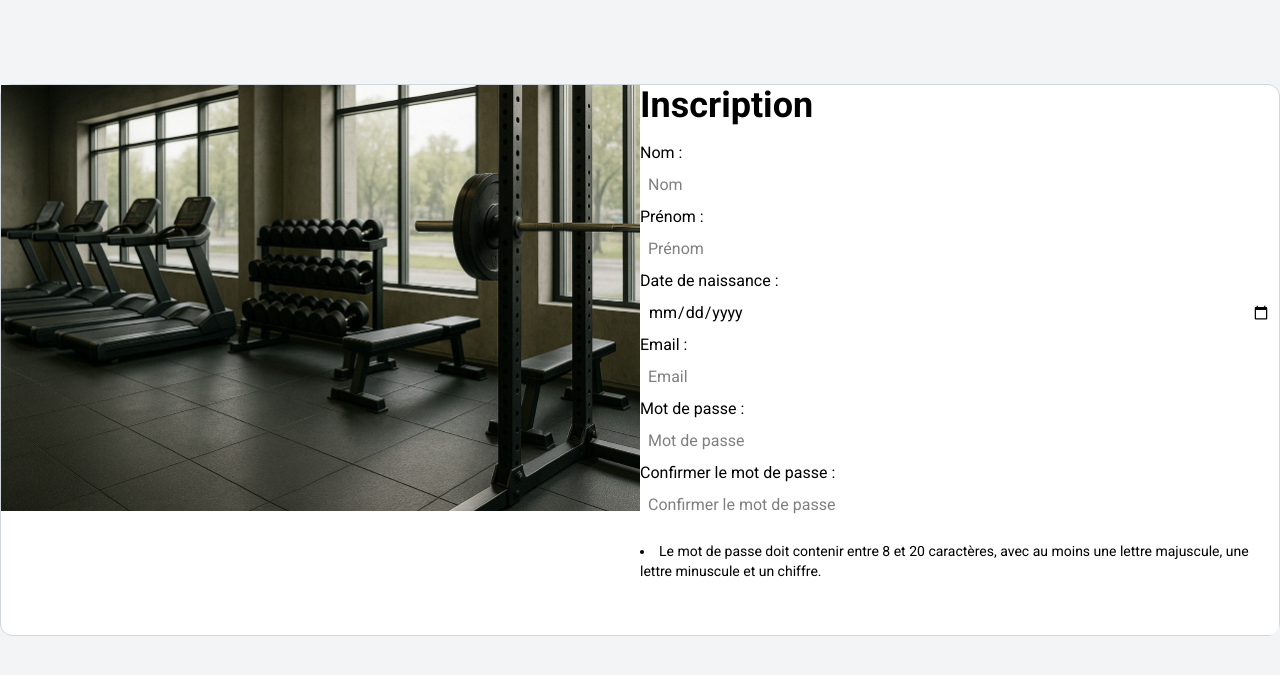
Repository: fahchouchsm/clubSportifWeb
Page: src/pages/inscription.html
These files come from the project's save history. The page is drawn as it stood at one moment and after the next save; the edit follows.
The browser window is 1280 px wide. The pictures show the whole page.

Above is the page before, as saved 2025-04-17 19:08:33.

### src/pages/inscription.html
<!doctype html>
<html lang="en">
  <head>
    <meta charset="UTF-8" />
    <meta name="viewport" content="width=device-width, initial-scale=1.0" />
    <link href="../css/output.css" rel="stylesheet" />
    <link rel="stylesheet" href="../css/main.css" />
    <link rel="stylesheet" href="../css/style.css" />
    <title>Inscription</title>
  </head>
  <body>
    <div
      class="flex h-screen w-screen items-center justify-center bg-gray-100 px-24"
    >
      <main
        class="mx-auto flex rounded-xl border border-gray-300 bg-white shadow-lg shadow-gray-400"
      >
        <img
          src="../../public/imgs/salleInterieur.jpeg"
          class="h-full w-1/2 rounded-s-lg object-cover"
          alt=""
        />
        <form
          action="../php/inscription.php"
          method="post"
          class="flex w-1/2 flex-col gap-4 px-8 pt-8"
        >
          <h1 class="text-4xl font-bold">Inscription</h1>
          <!-- inputs -->
          <div class="grid w-full grid-cols-2 gap-4">
            <!-- Nom -->
            <div>
              <label for="nom">Nom :</label>
              <input
                class="input-style"
                type="text"
                name="nom"
                id="nom"
                placeholder="Nom"
                pattern="[a-zA-Z ]{3,30}"
                required
              />
            </div>
            <!-- Prenom -->
            <div>
              <label for="prenom">Prénom :</label>
              <input
                type="text"
                class="input-style"
                name="prenom"
                placeholder="Prénom"
                pattern="[a-zA-Z ]{3,30}"
                id="prenom"
                required
              />
            </div>
            <!-- Date de naissance -->
            <div class="col-span-2">
              <label for="date_naissance">Date de naissance :</label>
              <input
                type="date"
                class="input-style"
                name="date_naissance"
                id="date_naissance"
                required
              />
            </div>
            <!-- Email -->
            <div class="col-span-2">
              <label for="email">Email :</label>
              <input
                type="email"
                class="input-style"
                name="email"
                placeholder="Email"
                pattern="[a-zA-Z0-9._%+-]+@[a-zA-Z0-9.-]+\.[a-zA-Z]{2,}"
                id="email"
                required
              />
            </div>
            <!-- Mot de passe -->
            <div>
              <label for="pass">Mot de passe :</label>
              <input
                class="input-style"
                type="password"
                name="motdepasse"
                id="pass"
                placeholder="Mot de passe"
                pattern="^(?=.*[a-z])(?=.*[A-Z])(?=.*\d).{8,20}$"
                required
              />
            </div>
            <!-- Confirmer Mot de passe -->
            <div>
              <label for="confPass">Confirmer le mot de passe :</label>
              <input
                type="password"
                class="input-style"
                placeholder="Confirmer le mot de passe"
                pattern="^(?=.*[a-z])(?=.*[A-Z])(?=.*\d).{8,20}$"
                id="confPass"
                required
              />
            </div>
          </div>
          <span class="text-sm text-gray-500">
            <li>
              Le mot de passe doit contenir entre 8 et 20 caractères, avec au
              moins une lettre majuscule, une lettre minuscule et un chiffre.
            </li>
          </span>
          <span class="text-sm text-red-500" id="passwordError"
            >Les mots de passe ne correspondent pas.</span
          >
          <button
            type="submit"
            class="ml-auto rounded bg-gray-500 px-4 py-2 text-white"
          >
            S'inscrire
          </button>
        </form>
      </main>
    </div>
    <script>
      document.addEventListener("DOMContentLoaded", () => {
        const form = document.querySelector("form");
        const passInput = document.getElementById("pass");
        const confPassInput = document.getElementById("confPass");
        const errorSpan = document.getElementById("passwordError");

        errorSpan.style.display = "none";

        form.addEventListener("submit", (e) => {
          if (passInput.value !== confPassInput.value) {
            e.preventDefault();
            errorSpan.style.display = "inline";
          } else {
            errorSpan.style.display = "none";
          }
        });
      });
    </script>
    <script src="../js/style.js"></script>
  </body>
</html>

### src/css/main.css
@import url("https://fonts.googleapis.com/css2?family=Roboto:wght@400;700&display=swap");

body {
  font-family: "Roboto", sans-serif;
}

### src/css/style.css
/* styles.css */
.input-style {
  @apply block w-full rounded-lg border-2 border-gray-300 p-2 focus:border-blue-500 focus:outline-none;
}

Loaded but not shown: src/js/style.js (39 lines, source omitted); src/css/output.css (1058 lines, source omitted)

After the next save:
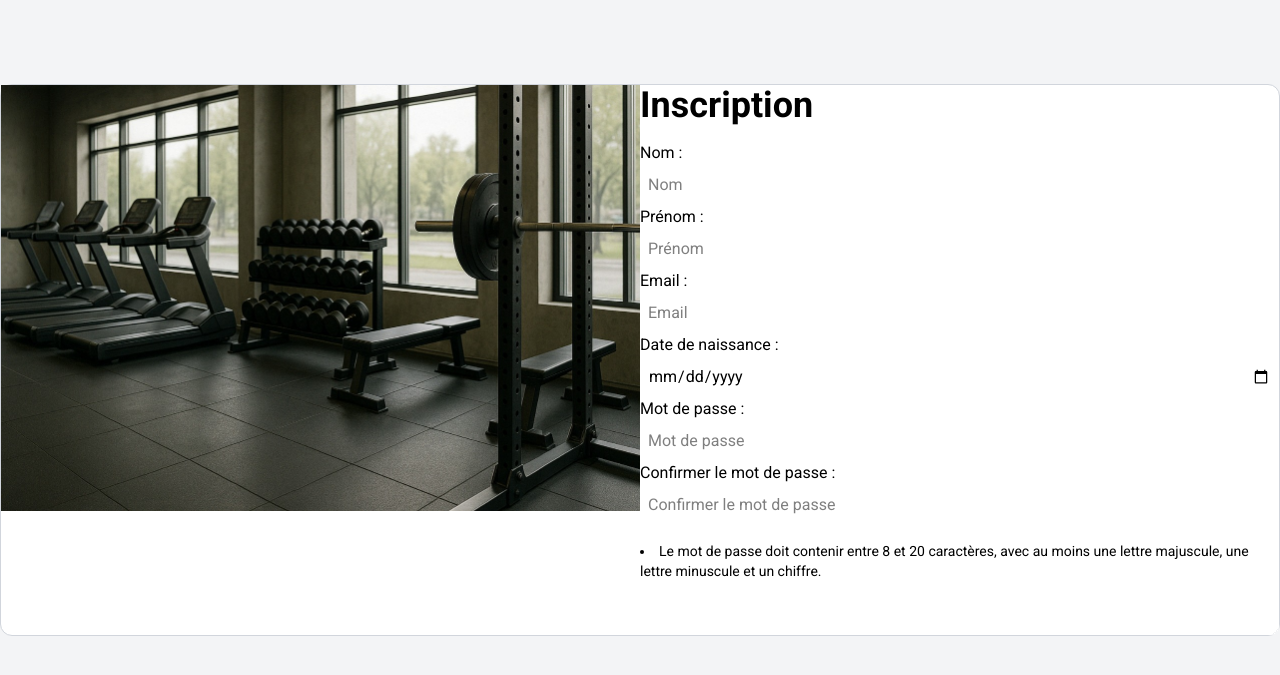
Saved 27 s later.
--- a/src/pages/inscription.html
+++ b/src/pages/inscription.html
@@ -54,17 +54,6 @@
                 required
               />
             </div>
-            <!-- Date de naissance -->
-            <div class="col-span-2">
-              <label for="date_naissance">Date de naissance :</label>
-              <input
-                type="date"
-                class="input-style"
-                name="date_naissance"
-                id="date_naissance"
-                required
-              />
-            </div>
             <!-- Email -->
             <div class="col-span-2">
               <label for="email">Email :</label>
@@ -75,6 +64,17 @@
                 placeholder="Email"
                 pattern="[a-zA-Z0-9._%+-]+@[a-zA-Z0-9.-]+\.[a-zA-Z]{2,}"
                 id="email"
+                required
+              />
+            </div>
+            <!-- Date de naissance -->
+            <div class="col-span-2">
+              <label for="date_naissance">Date de naissance :</label>
+              <input
+                type="date"
+                class="input-style"
+                name="date_naissance"
+                id="date_naissance"
                 required
               />
             </div>
